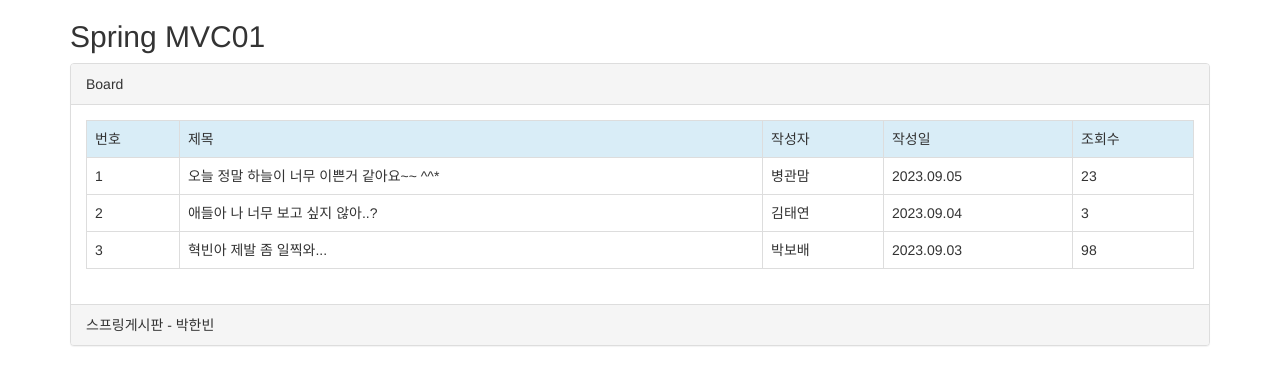
Repository: hanbinpark/Spring
Page: http://localhost/SpringMVC01/
The author's editor kept a copy of each file at every save. The page is drawn from the files as they stood at one save, then again after the next save.
The browser window is 1280 px wide. The pictures show the whole page.
The page is served by Tomcat 9.

Above is the page before, as saved 2023-09-05 02:13:21.

After the next save:
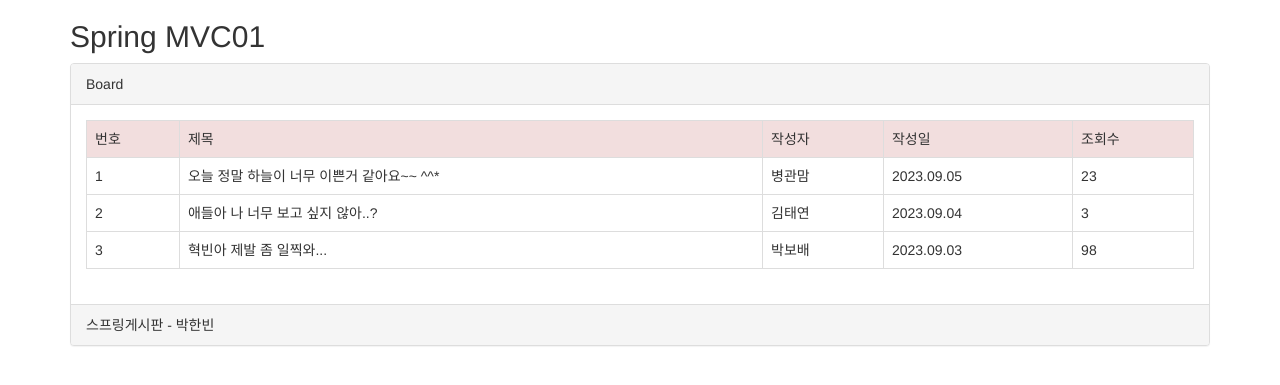
Saved 28 s later.
--- a/SpringMVC01/src/main/webapp/WEB-INF/views/boardList.jsp
+++ b/SpringMVC01/src/main/webapp/WEB-INF/views/boardList.jsp
@@ -17,7 +17,7 @@
 	    <div class="panel-heading">Board</div>
 	    <div class="panel-body">
 			<table class="table table-bordered table-hover">
-				<tr class="info">
+				<tr class="danger">
 					<td>번호</td>
 					<td>제목</td>
 					<td>작성자</td>
